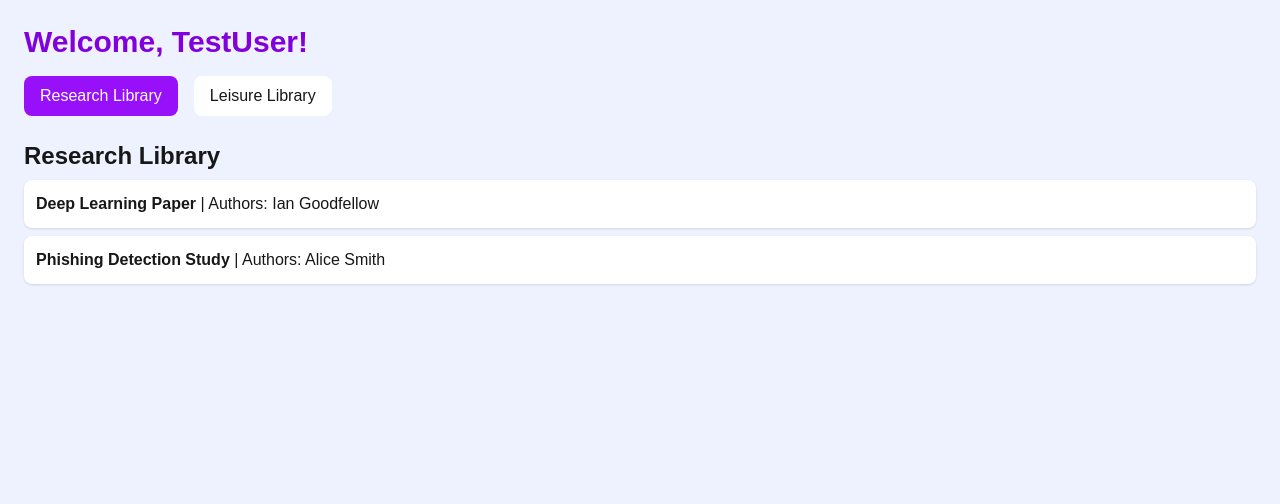
Repository: ramosfranz/bookie
Page: /dashboard
An editor plug-in stored every save of this project. The page is shown before and after the next save, followed by the edit.
The browser window is 1280 px wide. The pictures show the whole page.
The project was rebuilt for these pictures with package versions that can differ from the ones it lists, and the page was loaded fresh each time. The framework's server and built-in components were replaced by stand-ins that run in the browser. Also part of the build but not shown: next.config.ts.

Above is the page before, as saved 2025-11-15 12:58:37.

After the next save:
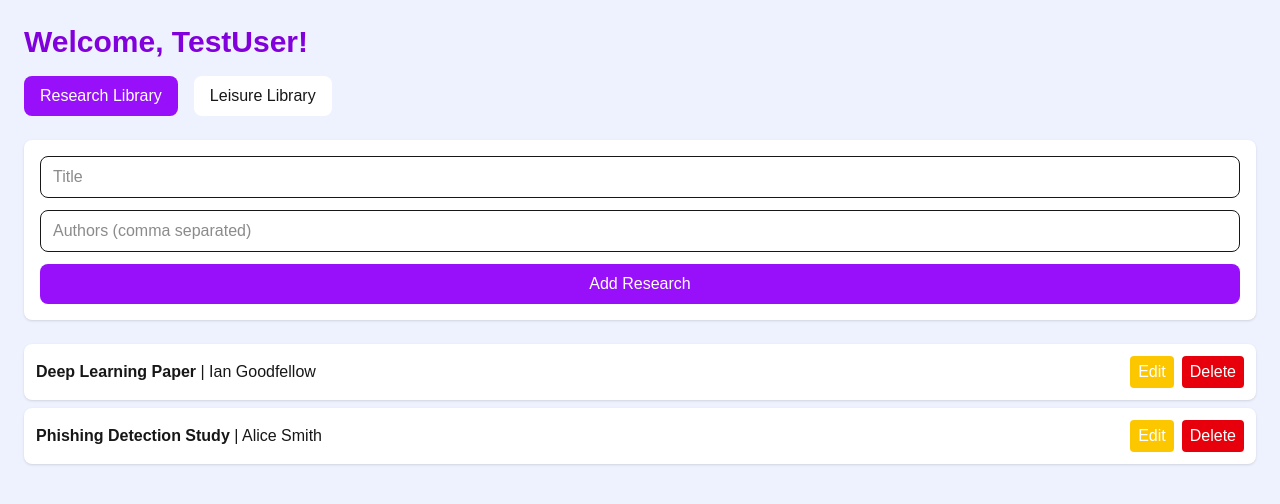
Saved 45 s later.
--- a/src/app/dashboard/page.tsx
+++ b/src/app/dashboard/page.tsx
@@ -1,8 +1,9 @@
+// src/app/dashboard/page.tsx
 "use client";
 
 import { useState } from "react";
 
-// ✅ Hardcoded dummy user
+// Hardcoded dummy user
 const dummyUser = {
   id: "00000000-0000-0000-0000-000000000001",
   email: "test@example.com",
@@ -11,13 +12,13 @@ const dummyUser = {
   preferences: {},
 };
 
-// Dummy libraries for development
-const dummyResearchLibrary = [
+// Initial dummy libraries
+const initialResearchLibrary = [
   { id: "1", title: "Deep Learning Paper", authors: ["Ian Goodfellow"] },
   { id: "2", title: "Phishing Detection Study", authors: ["Alice Smith"] },
 ];
 
-const dummyLeisureLibrary = [
+const initialLeisureLibrary = [
   { id: "1", title: "Harry Potter", authors: ["J.K. Rowling"] },
   { id: "2", title: "The Hobbit", authors: ["J.R.R. Tolkien"] },
 ];
@@ -25,6 +26,59 @@ const dummyLeisureLibrary = [
 export default function Dashboard() {
   const user = dummyUser;
   const [activeTab, setActiveTab] = useState<"research" | "leisure">("research");
+  const [researchLibrary, setResearchLibrary] = useState(initialResearchLibrary);
+  const [leisureLibrary, setLeisureLibrary] = useState(initialLeisureLibrary);
+
+  // Form state
+  const [formTitle, setFormTitle] = useState("");
+  const [formAuthors, setFormAuthors] = useState("");
+  const [editingId, setEditingId] = useState<string | null>(null);
+
+  const currentLibrary = activeTab === "research" ? researchLibrary : leisureLibrary;
+  const setCurrentLibrary =
+    activeTab === "research" ? setResearchLibrary : setLeisureLibrary;
+
+  // Handle Add / Edit
+  const handleSubmit = (e: React.FormEvent) => {
+    e.preventDefault();
+    if (!formTitle.trim()) return;
+
+    const authorsArray = formAuthors.split(",").map((a) => a.trim());
+
+    if (editingId) {
+      // Edit
+      setCurrentLibrary((prev) =>
+        prev.map((item) =>
+          item.id === editingId ? { ...item, title: formTitle, authors: authorsArray } : item
+        )
+      );
+    } else {
+      // Add
+      const newItem = {
+        id: Math.random().toString(36).substr(2, 9),
+        title: formTitle,
+        authors: authorsArray,
+      };
+      setCurrentLibrary((prev) => [...prev, newItem]);
+    }
+
+    // Reset form
+    setFormTitle("");
+    setFormAuthors("");
+    setEditingId(null);
+  };
+
+  // Handle Delete
+  const handleDelete = (id: string) => {
+    setCurrentLibrary((prev) => prev.filter((item) => item.id !== id));
+  };
+
+  // Handle Edit
+  const handleEdit = (item: { id: string; title: string; authors: string[] }) => {
+    setEditingId(item.id);
+    setFormTitle(item.title);
+    setFormAuthors(item.authors.join(", "));
+  };
 
   return (
     <div className="min-h-screen p-6 bg-indigo-50">
@@ -52,36 +106,61 @@ export default function Dashboard() {
         </button>
       </div>
 
-      {/* Content */}
-      {activeTab === "research" ? (
-        <div>
-          <h2 className="text-2xl font-semibold mb-2">Research Library</h2>
-          <ul className="space-y-2">
-            {dummyResearchLibrary.map((item) => (
-              <li
-                key={item.id}
-                className="p-3 bg-white rounded-lg shadow hover:shadow-md transition"
+      {/* Form */}
+      <form
+        onSubmit={handleSubmit}
+        className="mb-6 p-4 bg-white rounded-lg shadow flex flex-col gap-3"
+      >
+        <input
+          type="text"
+          placeholder="Title"
+          value={formTitle}
+          onChange={(e) => setFormTitle(e.target.value)}
+          className="px-3 py-2 border rounded-lg focus:outline-none focus:ring-2 focus:ring-purple-500"
+          required
+        />
+        <input
+          type="text"
+          placeholder="Authors (comma separated)"
+          value={formAuthors}
+          onChange={(e) => setFormAuthors(e.target.value)}
+          className="px-3 py-2 border rounded-lg focus:outline-none focus:ring-2 focus:ring-purple-500"
+        />
+        <button
+          type="submit"
+          className="px-4 py-2 bg-purple-600 text-white rounded-lg hover:bg-purple-700 transition"
+        >
+          {editingId ? "Update" : "Add"} {activeTab === "research" ? "Research" : "Book"}
+        </button>
+      </form>
+
+      {/* Library List */}
+      <ul className="space-y-2">
+        {currentLibrary.map((item) => (
+          <li
+            key={item.id}
+            className="p-3 bg-white rounded-lg shadow flex justify-between items-center"
+          >
+            <div>
+              <strong>{item.title}</strong> | {item.authors.join(", ")}
+            </div>
+            <div className="flex gap-2">
+              <button
+                onClick={() => handleEdit(item)}
+                className="px-2 py-1 bg-yellow-400 text-white rounded hover:bg-yellow-500"
               >
-                <strong>{item.title}</strong> | Authors: {item.authors.join(", ")}
-              </li>
-            ))}
-          </ul>
-        </div>
-      ) : (
-        <div>
-          <h2 className="text-2xl font-semibold mb-2">Leisure Library</h2>
-          <ul className="space-y-2">
-            {dummyLeisureLibrary.map((book) => (
-              <li
-                key={book.id}
-                className="p-3 bg-white rounded-lg shadow hover:shadow-md transition"
+                Edit
+              </button>
+              <button
+                onClick={() => handleDelete(item.id)}
+                className="px-2 py-1 bg-red-600 text-white rounded hover:bg-red-700"
               >
-                <strong>{book.title}</strong> | Author: {book.authors.join(", ")}
-              </li>
-            ))}
-          </ul>
-        </div>
-      )}
+                Delete
+              </button>
+            </div>
+          </li>
+        ))}
+      </ul>
     </div>
   );
 }
